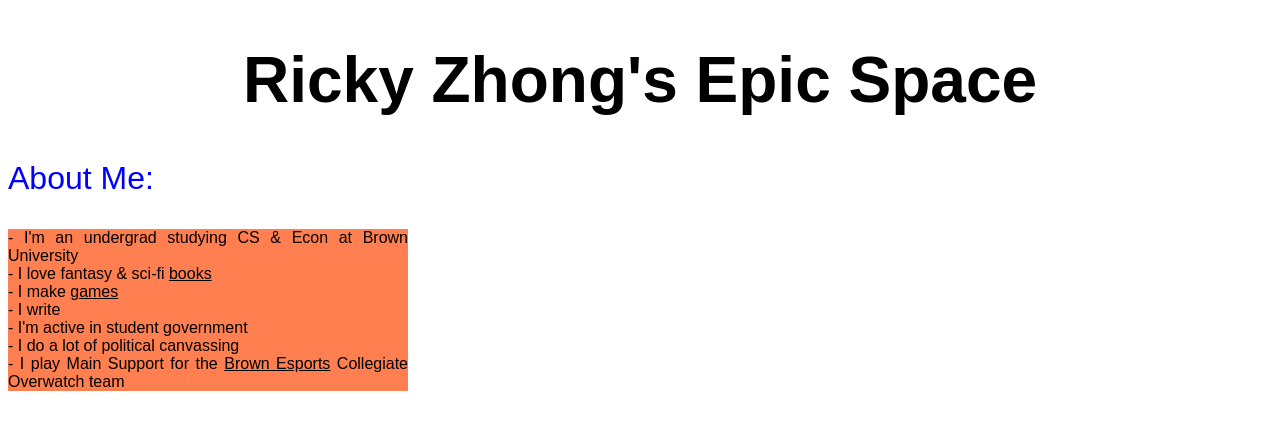
Repository: rickydaricky/rickydaricky.github.io
Page: index.html
These files come from the project's save history. The page is drawn as it stood at one moment and after the next save; the edit follows.
The browser window is 1280 px wide. The pictures show the whole page.

Above is the page before, as saved 2021-11-26 02:49:41.

### index.html
<!DOCTYPE html>

<head>
  <meta charset="UTF-8" />
  <meta name="viewport" content="width=device-width, initial-scale=1.0" />
  <link rel="stylesheet" href="main.css" type="text/css" />
  <title>Homepage</title>
</head>

<html>
  <body>
    <h1 class="title">Ricky Zhong's Epic Space</h1>
    <p class="about">About Me:</p>
    <div class="square">
      <p>
        - I'm an undergrad studying CS & Econ at Brown University
        <br />
        - I love fantasy & sci-fi
        <a href="https://goodreads.com/rickydaricky">books</a>
        <br />
        - I make
        <a href="https://rickydaricky.itch.io/">games</a>
        <br />
        - I write
        <br />
        - I'm active in student government
        <br />
        - I do a lot of political canvassing
        <br />
        - I play Main Support for the
        <a href="https://brownesports.org/">Brown Esports</a>
        Collegiate Overwatch team
      </p>
    </div>
  </body>
</html>

### main.css
p {
  text-align: justify;
  font-size: 200%;
}

html * {
  font-size: 16px;
  color: black;
  font-family: Nunito, sans-serif;
}

.about {
  font-size: 200%;
  color: blue;
}

.title {
  text-align: center;
  font-size: 400%;
}

.square {
  width: 400px;
  background-color: coral;
}

After the next save:
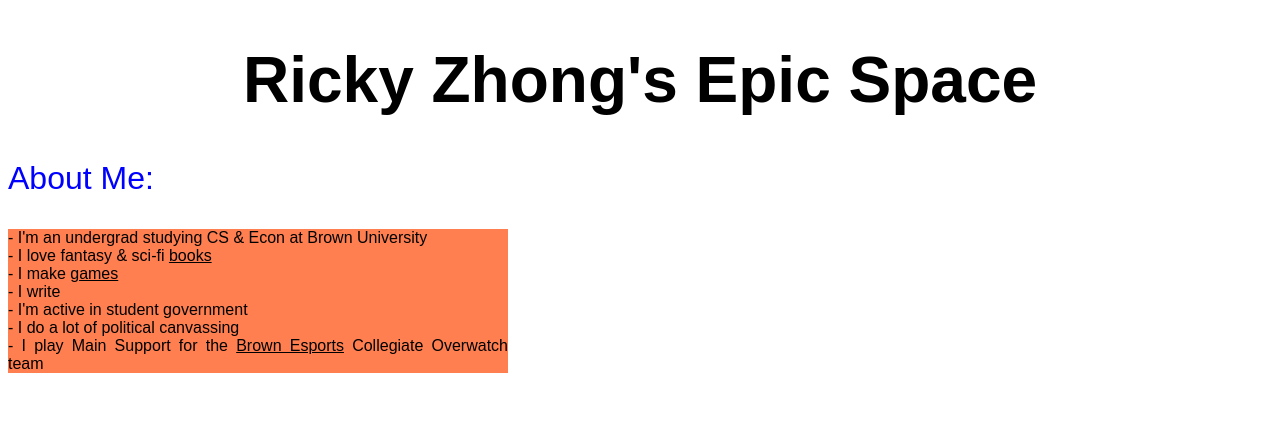
Saved 6 s later.
--- a/main.css
+++ b/main.css
@@ -20,6 +20,6 @@ html * {
 }
 
 .square {
-  width: 400px;
+  width: 500px;
   background-color: coral;
 }
